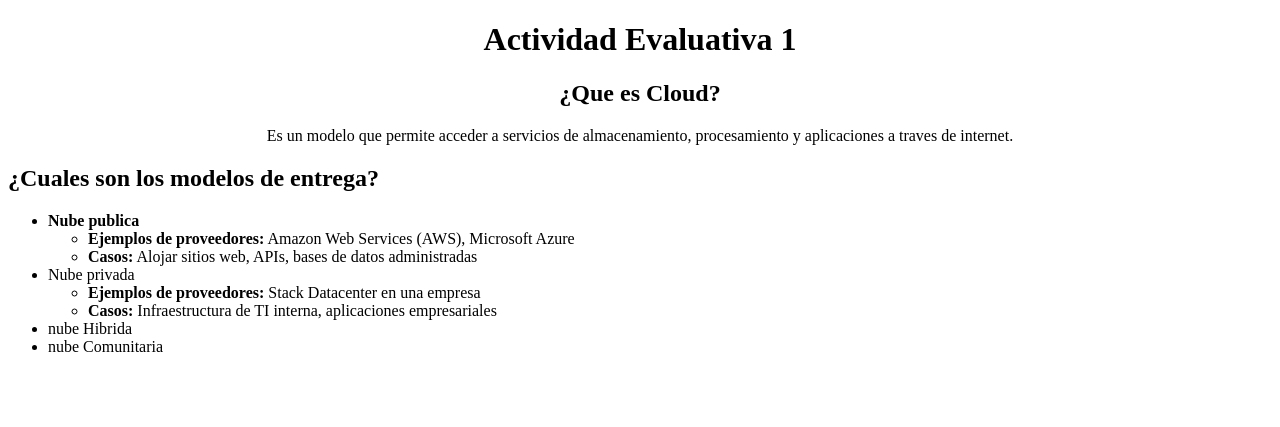
Repository: Laura-Oliveros/Actividad-Evaluativa-1
Page: LauSebas.html
An editor plug-in stored every save of this project. The page is shown before and after a run of saves, followed by the edit.
The browser window is 1280 px wide. The pictures show the whole page.

Above is the page before, as saved 2025-09-04 19:04:10.

After the next 2 saves:
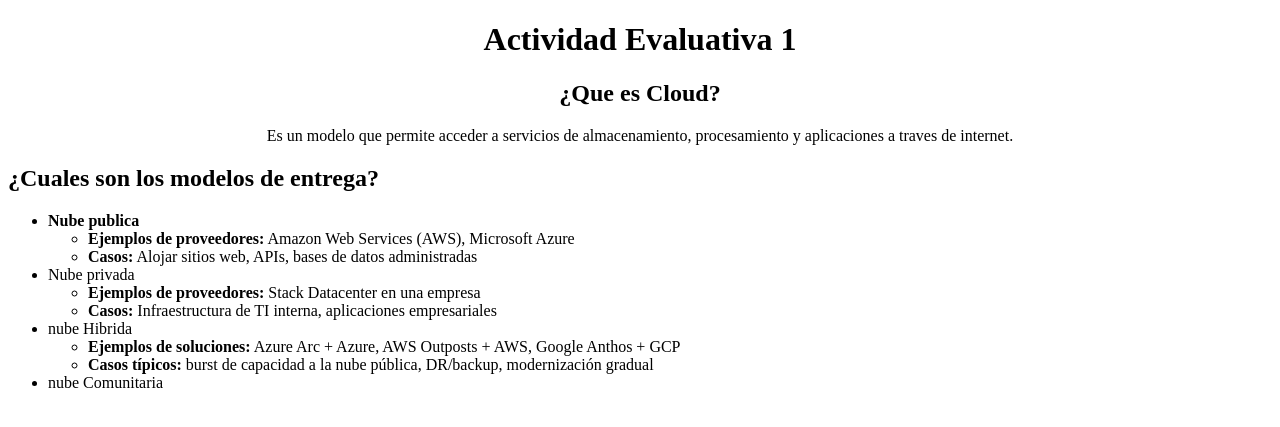
The 2 saves are shown as one change because they came seconds apart.
The last was saved 42 s later.
--- a/LauSebas.html
+++ b/LauSebas.html
@@ -29,7 +29,8 @@
 
             <li>nube Hibrida</li>
             <ul>
-
+                <li><strong>Ejemplos de soluciones:</strong> Azure Arc + Azure, AWS Outposts + AWS, Google Anthos + GCP</li>
+                <li><strong>Casos típicos:</strong> burst de capacidad a la nube pública, DR/backup, modernización gradual</li>
             </ul>
             <li>nube Comunitaria</li>
         </ul>
